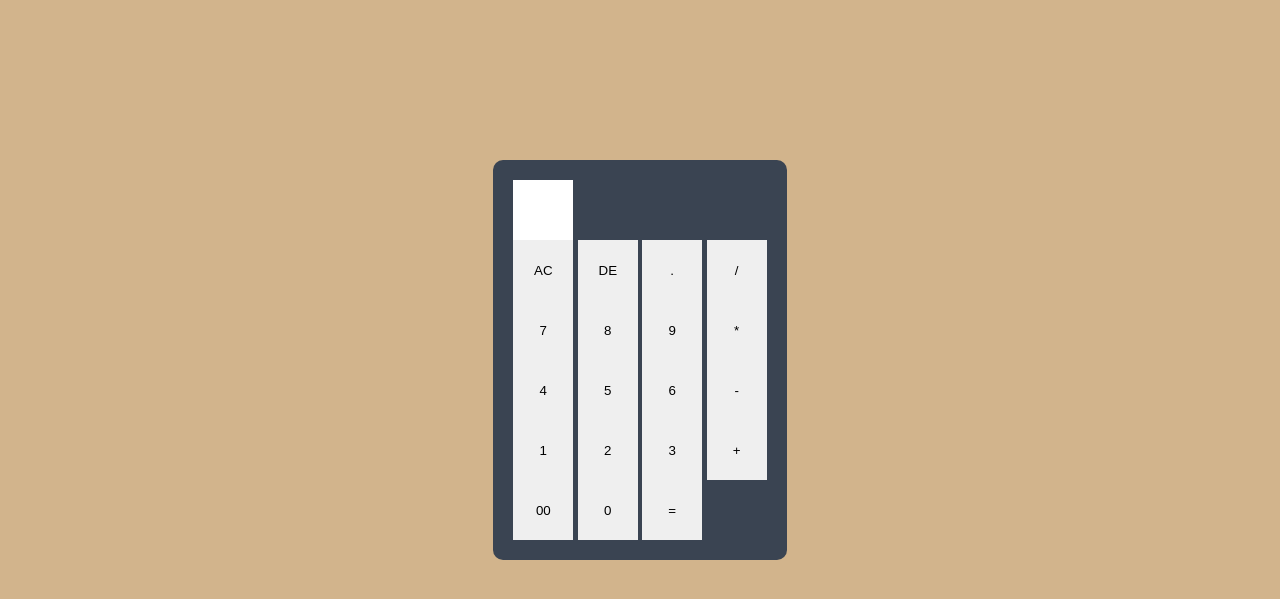
Repository: Anureet23/Calculator
Page: index.html
These files come from the project's save history. The page is drawn as it stood at one moment and after the next save; the edit follows.
The browser window is 1280 px wide. The pictures show the whole page.

Above is the page before, as saved 2023-02-07 22:53:47.

### index.html
<!DOCTYPE html>
<html>
    <head>
<meta name ="viewport" content="width=device-width,initial-scale=1.0">
<title>Calculator using JavaScript</title>
<link rel="stylesheet" href="style.css">
    </head>
    <body>
<div class="container">
<div class="calculator">
   <form>
       <div>
           <input type="text" name ="display">
       </div>
       <div>
           <input type="button" value="AC">
           <input type="button" value="DE">
           <input type="button" value=".">
           <input type="button" value="/">
       </div>
       <div>
        <input type="button" value="7">
        <input type="button" value="8">
        <input type="button" value="9">
        <input type="button" value="*">
    </div>
    <div>
        <input type="button" value="4">
        <input type="button" value="5">
        <input type="button" value="6">
        <input type="button" value="-">
    </div>
    <div>
        <input type="button" value="1">
        <input type="button" value="2">
        <input type="button" value="3">
        <input type="button" value="+">
    </div>
    <div>
        <input type="button" value="00">
        <input type="button" value="0">
        <input type="button" value="=">

    </div>
   </form>
</div>
</div>


    </body>
</html>

### style.css
*{
    margin:0;
    padding:0;
    font-family: 'Poppins',sans-serif;
    box-sizing: border-box;
}

.container{
    width: 100%;
    height:100vh;
    background:#D2B48C;
    display:flex;
    align-items:center;
    justify-content: center;

}
.calculator{
    background:#3a4452;
    padding:20px;
    border-radius:10px;
}
.calculator form input{
    border:0;
    outline:0;
    width: 60px;
    height: 60px;
    border-radius
    box-shadow: -8px - ;
}

After the next save:
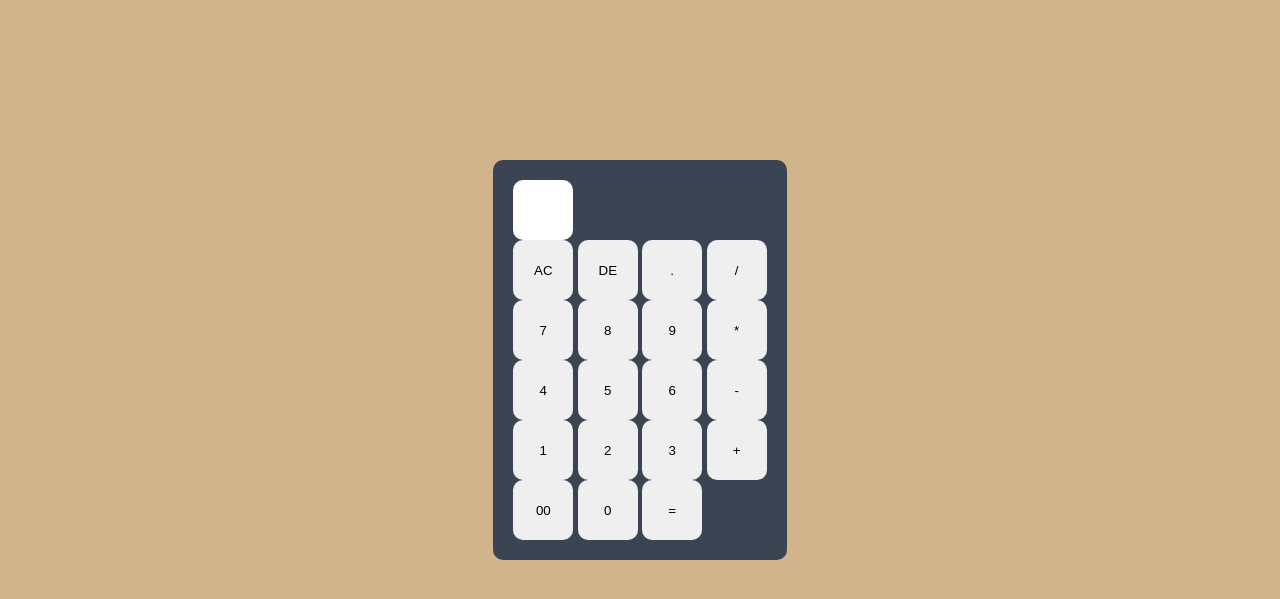
Saved 8 s later.
--- a/style.css
+++ b/style.css
@@ -24,6 +24,6 @@
     outline:0;
     width: 60px;
     height: 60px;
-    border-radius
+    border-radius:10px;
     box-shadow: -8px - ;
 }
